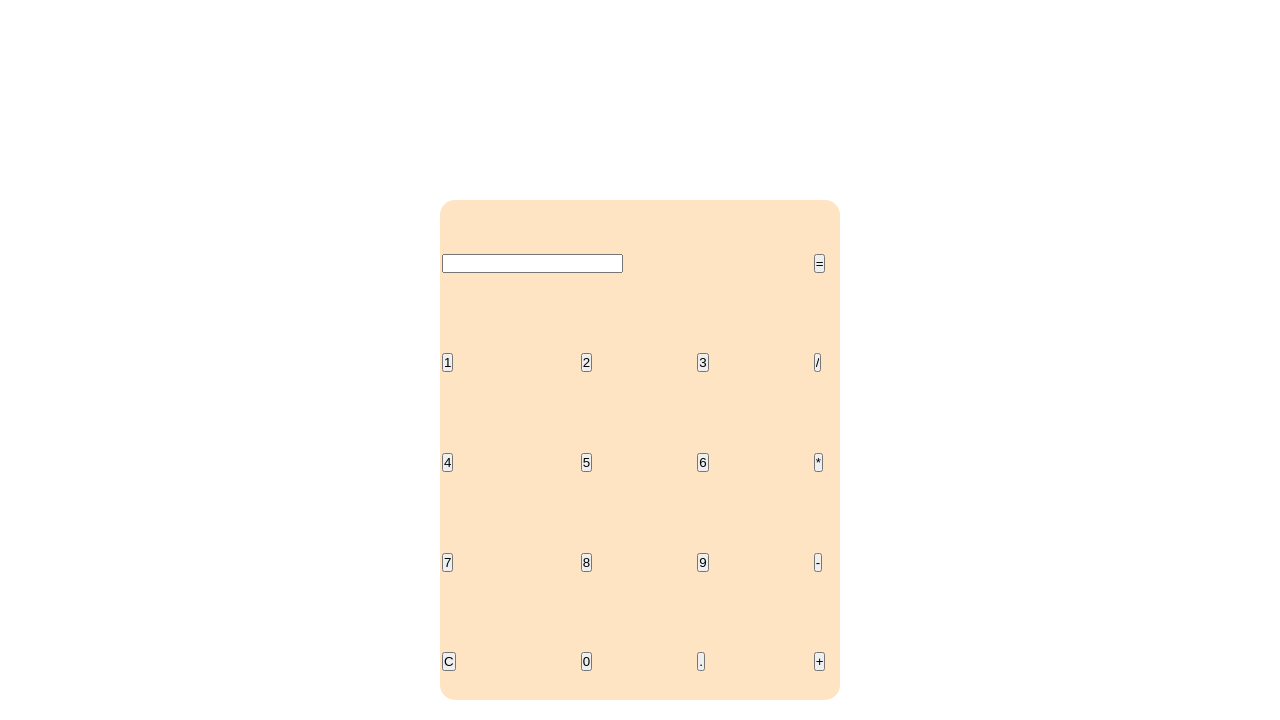
Repository: Seryozha02/CalculatorAndStopwatch
Page: calculator.html
The author's editor kept a copy of each file at every save. The page is drawn from the files as they stood at one save, then again after the next save.
The browser window is 1280 px wide. The pictures show the whole page.

Above is the page before, as saved 2022-10-03 00:28:06.

After the next save:
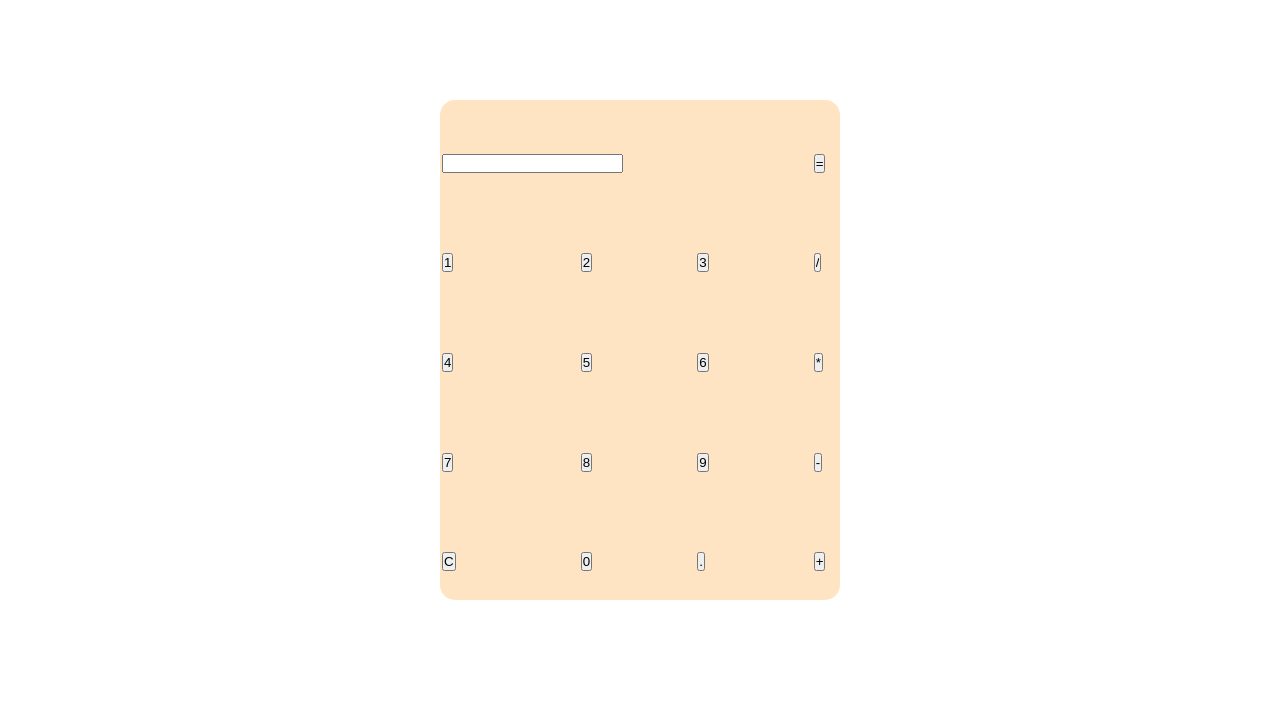
Saved 11 s later.
--- a/calculator.css
+++ b/calculator.css
@@ -9,7 +9,7 @@
     background-color: bisque;
     border-radius: 15px;
     margin: 0 auto;
-    margin-top: 200px;
+    margin-top: 100px;
     width: 400px;
     height: 500px;
     font-size: 50px;
